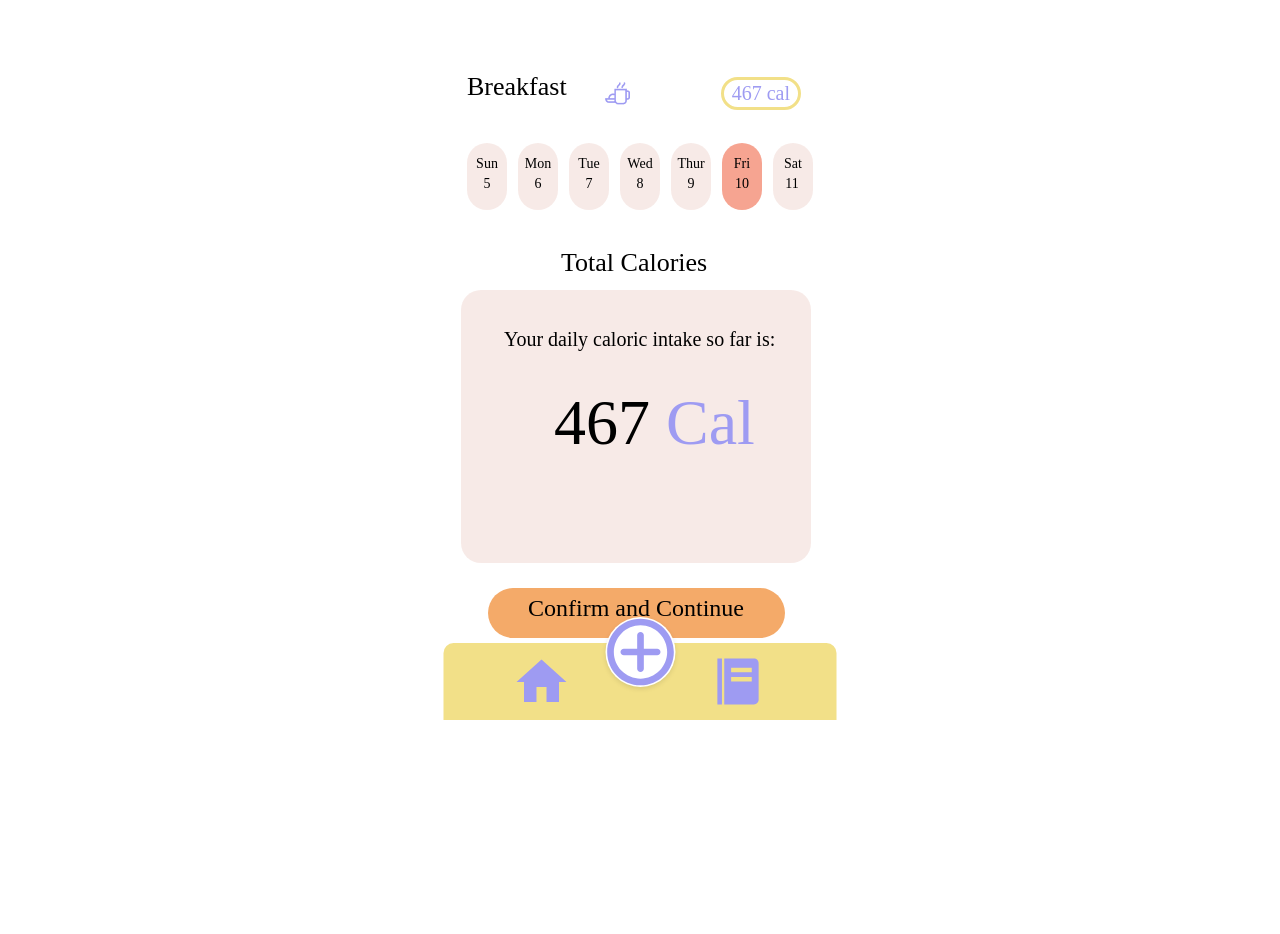
Repository: MeowCeline00/G5-Calorie-Tracker
Page: BreakfastCalCounter/index.html
The author's editor kept a copy of each file at every save. The page is drawn from the files as they stood at one save, then again after a run of saves.
The browser window is 1280 px wide. The pictures show the whole page.

Above is the page before, as saved 2024-05-26 14:18:07.
Console error: ReferenceError: renderLandingPage is not defined

After the next 3 saves:
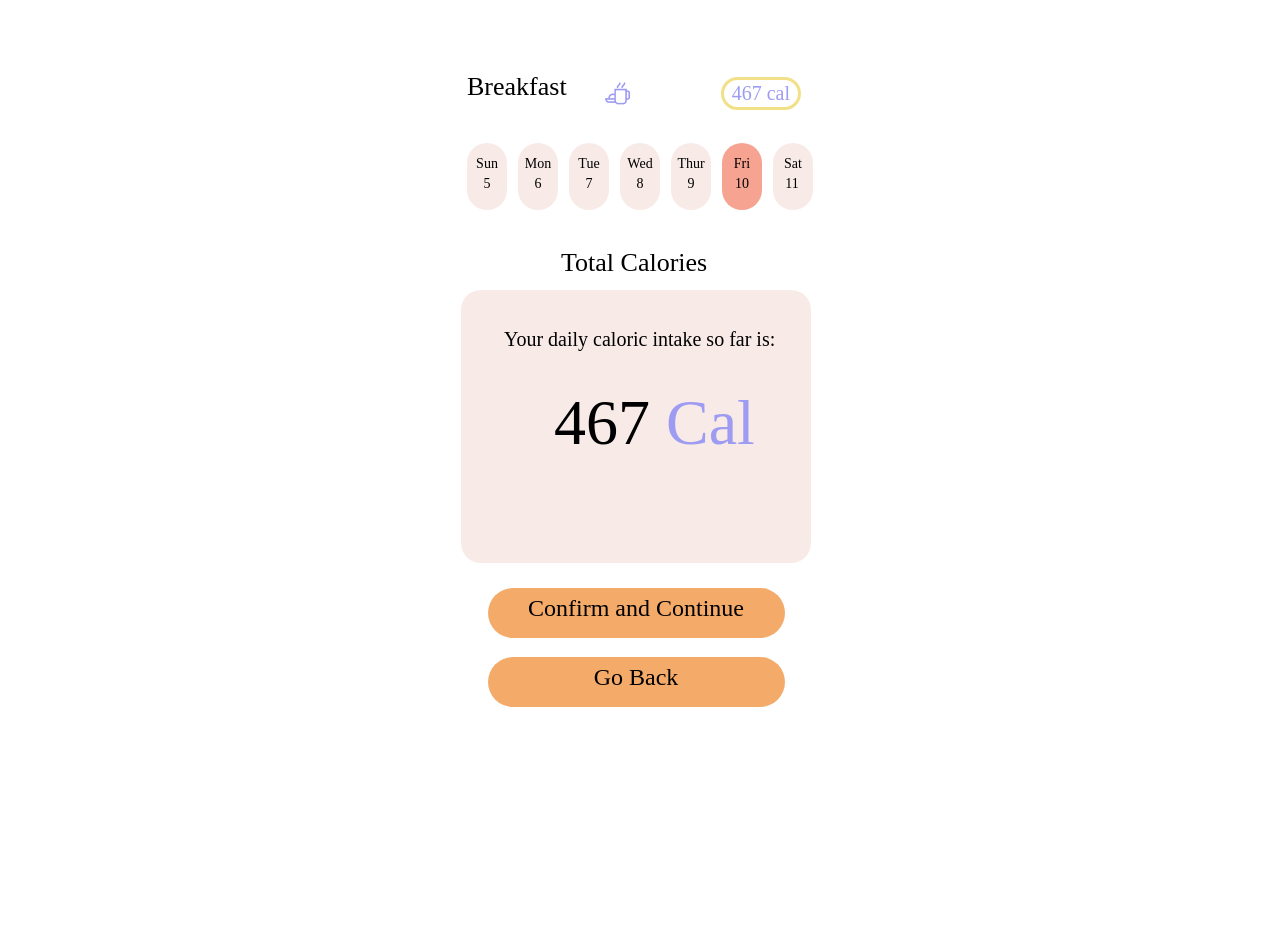
The error is gone.
The 3 saves are shown as one change because they came seconds apart.
The last was saved 21 s later.
--- a/BreakfastCalCounter/index.html
+++ b/BreakfastCalCounter/index.html
@@ -65,25 +65,7 @@
       			<span class="cal2">Cal</span>
 
 			</div>
-
 			</div>
-			<div class="navContainer">
-				<nav class="navbar">
-				  <div class="navItem" onclick="navigateTo('home')">
-					<img src="/images/home_icon.svg" alt="Home" width="60" height="60" />
-				  </div>
-				  <div class="addButtonContainer">
-					<div class="addnewButton" onclick="navigateTo('addNew')">
-					  <img src="/images/add_icon.svg" alt="Add" width="80" height="80" />
-					</div>
-				  </div>
-				  <div class="navItem" onclick="navigateTo('recipes')">
-					<img src="/images/recipes_icon.svg" alt="Recipes" width="55" height="55" />
-				  </div>
-				</nav>
-			  </div>
-			  <script src="/scripts/app.js"></script>
-			  <script src="/scripts/navbar.js"></script>
 
 	  <div class="navBarContainer">
 		<div class="navBar">
